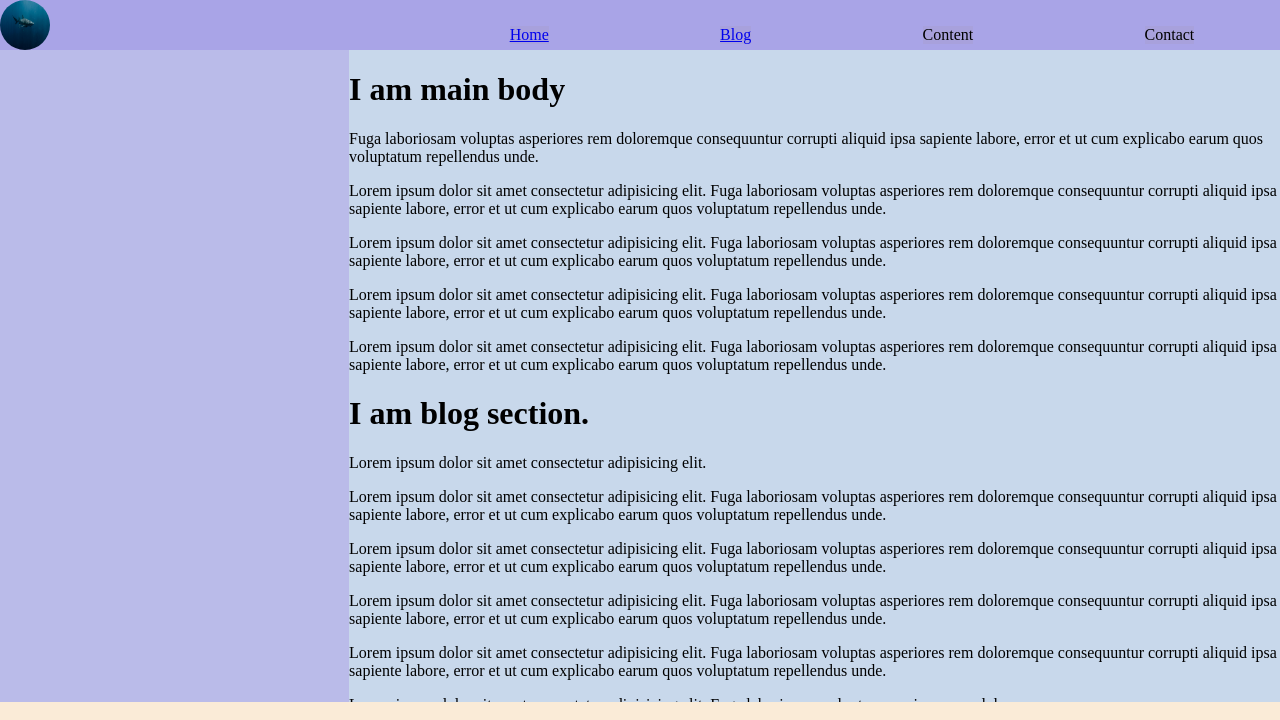
Repository: purnimapatel/fish-world
Page: index.html
An editor plug-in stored every save of this project. The page is shown before and after the next save, followed by the edit.
The browser window is 1280 px wide. The pictures show the whole page.
An inner scrolling area shows only its first screen.

Above is the page before, as saved 2024-08-25 13:22:20.

After the next save:
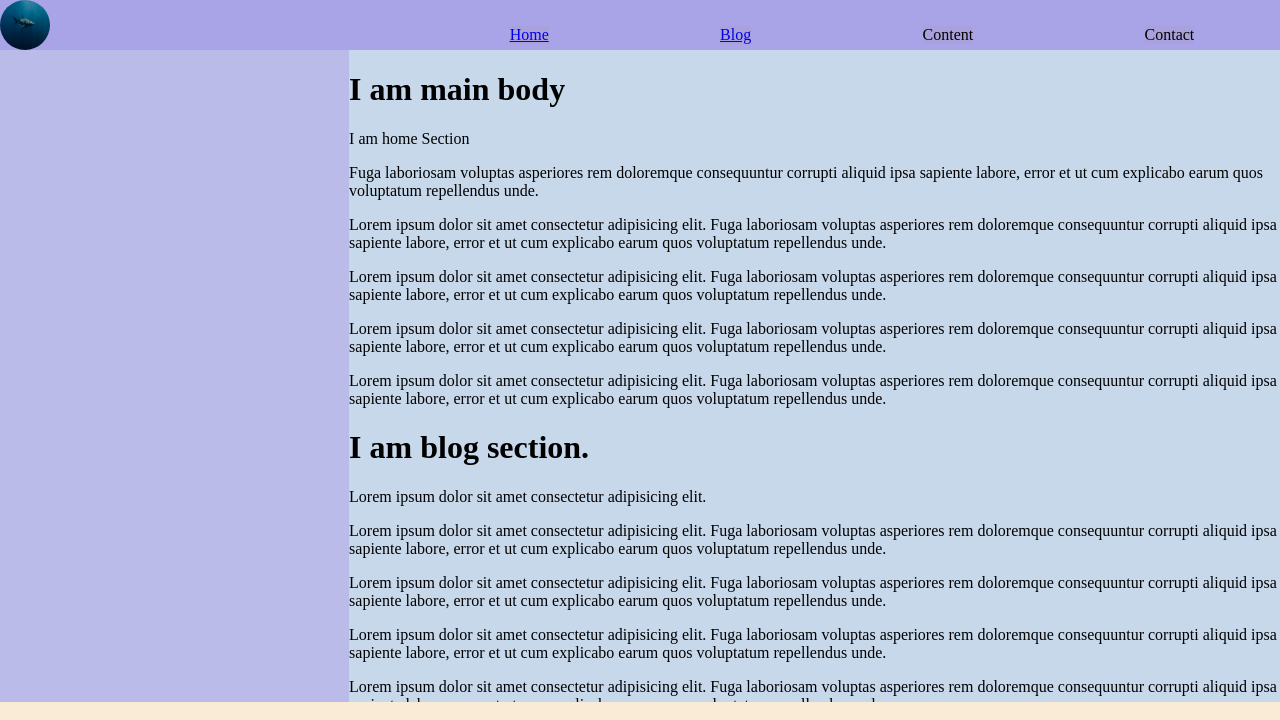
Saved 58 s later.
--- a/index.html
+++ b/index.html
@@ -31,6 +31,7 @@
         <div class = "mainBody">
             <h1>I am main body</h1>
             <div id="home">
+                <p>I am home Section</p>
                 Fuga laboriosam voluptas asperiores rem doloremque consequuntur corrupti aliquid ipsa sapiente labore, error et ut cum explicabo earum quos voluptatum repellendus unde.</p>
             <p>Lorem ipsum dolor sit amet consectetur adipisicing elit. Fuga laboriosam voluptas asperiores rem doloremque consequuntur corrupti aliquid ipsa sapiente labore, error et ut cum explicabo earum quos voluptatum repellendus unde.</p>
             <p>Lorem ipsum dolor sit amet consectetur adipisicing elit. Fuga laboriosam voluptas asperiores rem doloremque consequuntur corrupti aliquid ipsa sapiente labore, error et ut cum explicabo earum quos voluptatum repellendus unde.</p>
